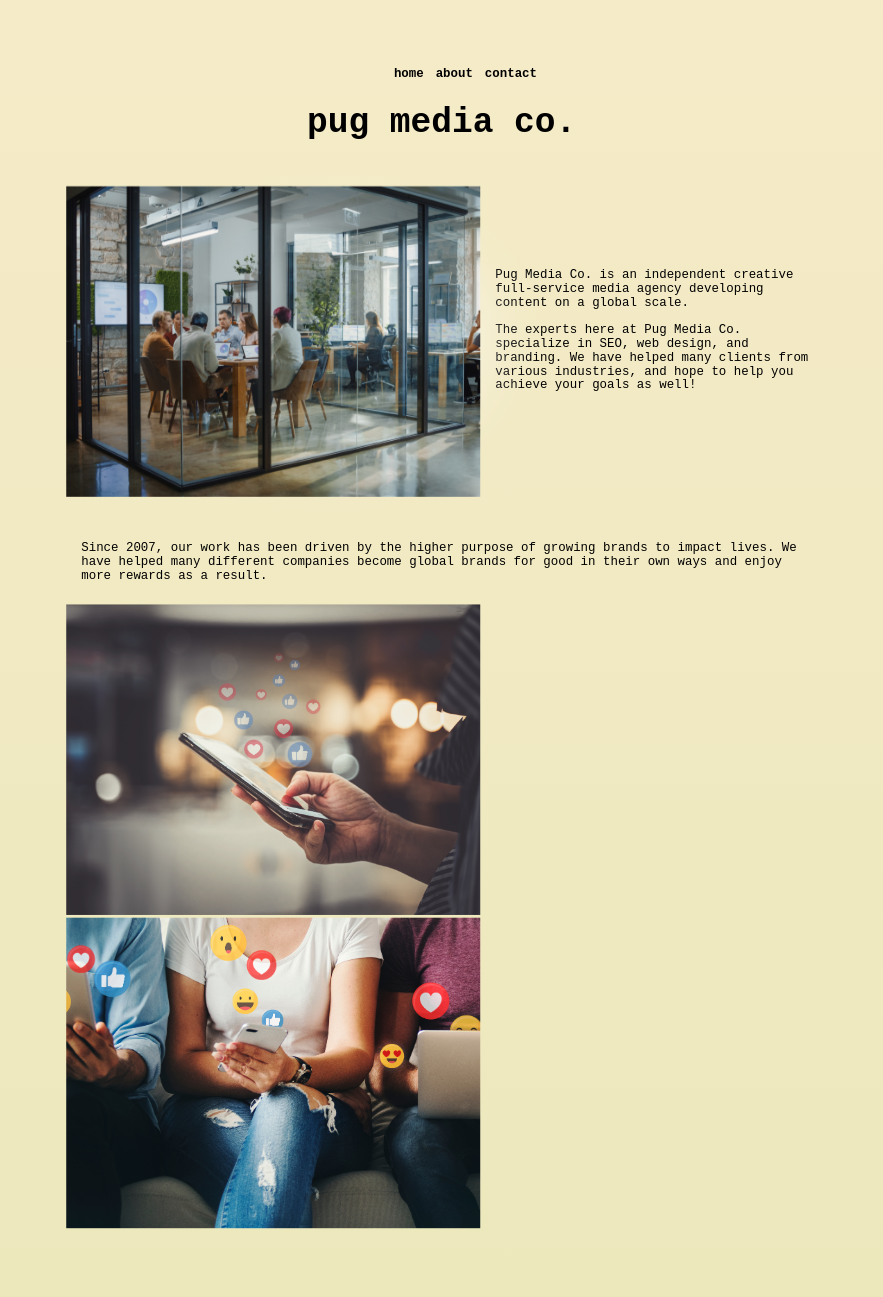
Repository: cheungglenda/MDIA2109-Week3
Page: /
The author's editor kept a copy of each file at every save. The page is drawn from the files as they stood at one save, then again after a run of saves.
The browser window is 1280 px wide. The pictures show the whole page, at 69% of full size.
The project was rebuilt for these pictures with package versions that can differ from the ones it lists, and the page was loaded fresh each time. The framework's server and built-in components were replaced by stand-ins that run in the browser. Also part of the build but not shown: next.config.js.

Above is the page before, as saved 2023-01-20 23:02:43.

### pages/index.js
import Head from 'next/head'
import Image from 'next/image'
import { Inter } from '@next/font/google'
import styles from '@/styles/Home.module.css'
import data from '../data/education.json'
import { useState } from 'react'
import Card from '../components/Card'
import Link from 'next/link'

const inter = Inter({ subsets: ['latin'] })

export default function Home() {

  /** ([...data]) enters the data in the useState and is calling that info. the useState has all the data from the education.json file */
  const [information, setInformation] = useState([...data])
  console.log(data);

  return (
    <>
      <Head>
        <title>Pug Media Co.</title>
        <meta name="description" content="Full-service digital marketing agency" />
        <meta name="viewport" content="width=device-width, initial-scale=1" />
        <link rel="icon" href="/favicon.ico" />
      </Head>
      <main className={styles.main}>
        <div className={styles.buttons}>
      <Link href="/" className={styles.links}>Home</Link>
      <Link href="../about" className={styles.links}>About</Link>
      <Link href="/" className={styles.links}>Contact</Link>
        </div>

        <div className={styles.meetTitle}>Pug Media Co.</div>
        <div className={styles.center}>
          <Image
            className={styles.logo}
            src="/office.jpeg"
            width={600}
            height={450}
          />
          <div className={styles.homeDesc}>
            Pug Media Co. is an independent creative full-service media agency developing content on a global scale. <br></br><br></br>The experts here at Pug Media Co. specialize in SEO, web design, and branding. We have helped many clients from various industries, and hope to help you achieve your goals as well!
          </div>
        </div>
        <div className={styles.bottom}>
        <div className={styles.homeDesc}>
        Since 2007, our work has been driven by the higher purpose of growing brands to impact lives. We have helped many different companies become global brands for good in their own ways and enjoy more rewards as a result.<br></br>
          </div>
        <Image
            className={styles.social}
            src="/media.jpeg"
            width={600}
            height={450}
          />
                <Image
            className={styles.social}
            src="/media2.jpeg"
            width={600}
            height={450}
          />
        </div>
        <div className={styles.profiles}>
            {information && information.map((info, index) => {
              if (info.firstname === "Yi") {
                return (
                  <Card key={index}
                    image={info.image}
                    firstName={info.firstName}
                    degree={info.degree}
                    department={info.department}
                    gpa={info.gpa}
                    graduted={info.graduted}
                    bio={info.bio} />
                )
              }
            })}
          </div>
      </main>
    </>
  )
}

/** .toLowerCase() is input when you don't want to worry about case sensitivity */

### styles/Home.module.css
.main {
  display: flex;
  flex-direction: column;
  justify-content: space-between;
  align-items: center;
  padding: 6rem;
  font-family:arial;
  min-height: 100vh;
  background-image: linear-gradient(rgb(245, 235, 200), rgb(236, 232, 188));

}

.buttons {
  display: flex;
  flex-direction:row;
  justify-content: space-evenly;
  margin-bottom:3%;
}

.links:hover {
  text-decoration:underline;
}

.links {
  font-size: 18px;
  max-width: var(--max-width);
  width: 100%;
  font-weight:900;
  font-family: 'Courier New', Courier, monospace;
  text-transform:lowercase;
  padding-left:10%;
}

.description {
  display: inherit;
  justify-content: inherit;
  align-items: inherit;
  font-size: 15px;
  max-width: var(--max-width);
  width: 100%;
  font-family: var(--font-mono);
}

.social {
  justify-content:inherit;
  object-fit:cover;
  margin-right:2%;
}

.homeDesc {
  font-size: 18px;
  font-family:'Courier New', Courier, monospace;
  margin-left:2%;
  margin-bottom:3%;
}

.description a {
  display: flex;
  justify-content: center;
  align-items: center;
  gap: 0.5rem;
}

.description p {
  position: relative;
  margin: 0;
  padding: 1rem;
  background-color: rgba(var(--callout-rgb), 0.5);
  border: 1px solid rgba(var(--callout-border-rgb), 0.3);
  border-radius: var(--border-radius);
}

.code {
  font-weight: 700;
  font-family: var(--font-mono);
}

.meetTitle {
  font-size: 50px;
  font-weight:700;
  text-transform:lowercase;
  font-family:'Courier New', Courier, monospace;
  text-align:center;
}

.grid {
  display: flex;
  justify-content:center;
  width: var(--max-width);
  max-width: 100%;
  align-items:center;
  flex: 1;
}

.card {
  padding: 1rem 1.2rem;
  border-radius: var(--border-radius);
  background: rgba(var(--card-rgb), 0);
  border: 1px solid rgba(var(--card-border-rgb), 0);
  transition: background 200ms, border 200ms;
}

.card span {
  display: inline-block;
  transition: transform 200ms;
}

.info {
  font-family:'Courier New', Courier, monospace;
}

.card h2 {
  font-weight: 600;
  margin-bottom: 0.7rem;
}

.card p {
  margin: 0;
  opacity: 0.6;
  font-size: 0.9rem;
  line-height: 1.5;
  max-width: 30ch;
}


.employees {
  display:flex;
  gap:20px;
  width: 80%;
  text-align:center;
  font-family:'Courier New', Courier, monospace;
}

.titleDesc {
  font-size:16px;
  margin-bottom:3%;
}

.center {
  display: flex;
  justify-content: center;
  align-items: center;
  position: relative;
  padding: 4rem 0;
}

.center::before {
  background: var(--secondary-glow);
  border-radius: 50%;
  width: 480px;
  height: 360px;
  margin-left: -400px;
}

.center::after {
  background: var(--primary-glow);
  width: 240px;
  height: 180px;
  z-index: -1;
}

.center::before,
.center::after {
  content: '';
  left: 50%;
  position: absolute;
  filter: blur(45px);
  transform: translateZ(0);
}

.logo,
.thirteen {
  position: relative;
  object-fit:cover;
}

.thirteen {
  display: flex;
  justify-content: center;
  align-items: center;
  width: 75px;
  height: 75px;
  padding: 25px 10px;
  margin-left: 16px;
  transform: translateZ(0);
  border-radius: var(--border-radius);
  overflow: hidden;
  box-shadow: 0px 2px 8px -1px #0000001a;
}

.thirteen::before,
.thirteen::after {
  content: '';
  position: absolute;
  z-index: -1;
}

/* Conic Gradient Animation */
.thirteen::before {
  animation: 6s rotate linear infinite;
  width: 200%;
  height: 200%;
  background: var(--tile-border);
}

/* Inner Square */
.thirteen::after {
  inset: 0;
  padding: 1px;
  border-radius: var(--border-radius);
  background: linear-gradient(
    to bottom right,
    rgba(var(--tile-start-rgb), 1),
    rgba(var(--tile-end-rgb), 1)
  );
  background-clip: content-box;
}

/* Enable hover only on non-touch devices */
@media (hover: hover) and (pointer: fine) {
  .card:hover {
    background: rgba(var(--card-rgb), 0.1);
    border: 1px solid rgba(var(--card-border-rgb), 0.15);
  }

  .card:hover span {
    transform: translateX(4px);
  }
}

@media (prefers-reduced-motion) {
  .thirteen::before {
    animation: none;
  }

  .card:hover span {
    transform: none;
  }
}

/* Mobile */
@media (max-width: 700px) {
  .content {
    padding: 4rem;
  }

  .grid {
    grid-template-columns: 1fr;
    margin-bottom: 120px;
    max-width: 320px;
    text-align: center;
  }

  .card {
    padding: 1rem 2.5rem;
  }

  .card h2 {
    margin-bottom: 0.5rem;
  }

  .center {
    padding: 8rem 0 6rem;
  }

  .center::before {
    transform: none;
    height: 300px;
  }

  .description {
    font-size: 0.8rem;
  }

  .description a {
    padding: 1rem;
  }

  .description p,
  .description div {
    display: flex;
    justify-content: center;
    position: fixed;
    width: 100%;
  }

  .description p {
    align-items: center;
    inset: 0 0 auto;
    padding: 2rem 1rem 1.4rem;
    border-radius: 0;
    border: none;
    border-bottom: 1px solid rgba(var(--callout-border-rgb), 0.25);
    background: linear-gradient(
      to bottom,
      rgba(var(--background-start-rgb), 1),
      rgba(var(--callout-rgb), 0.5)
    );
    background-clip: padding-box;
    backdrop-filter: blur(24px);
  }

  .description div {
    align-items: flex-end;
    pointer-events: none;
    inset: auto 0 0;
    padding: 2rem;
    height: 200px;
    background: linear-gradient(
      to bottom,
      transparent 0%,
      rgb(var(--background-end-rgb)) 40%
    );
    z-index: 1;
  }
}

/* Tablet and Smaller Desktop */
@media (min-width: 701px) and (max-width: 1120px) {
  .grid {
    grid-template-columns: repeat(2, 50%);
  }
}

@media (prefers-color-scheme: dark) {

  .main {
    background-image: linear-gradient(rgb(51, 65, 14), rgb(169, 169, 110));
  }

  .vercelLogo {
    filter: invert(1);
  }

  .meetTitle {
    color:white;
  }

  .titleDesc {
    color:white;
  }

  .links {
    color: white;
  }

  .employees {
    color: black;
  }
}

@keyframes rotate {
  from {
    transform: rotate(360deg);
  }
  to {
    transform: rotate(0deg);
  }
}

### data/education.json
[
        {
            "firstName": "Yi",
            "lastName": "Li",
            "department": "Business",
            "degree": "Finance",
            "graduted": 2014
        },
        {
            "firstName": "Jennifer",
            "lastName": "Smith",
            "department": "Business",
            "degree": "Accounting",
            "graduted": 2010
        },
        {
            "studentNumber": "A0007890",
            "firstName": "Person 3",
            "gpa": 3.2,
            "department": "Computing",
            "degree": "Applied Software Development Certificate",
            "graduted": 2018
        },
        {
            "studentNumber": "A0007828",
            "firstName": "Person 4",
            "gpa": 3.9,
            "department": "Computing",
            "degree": "Computer Systems Diploma",
            "graduted": 2021
        },
        {
            "studentNumber": "A0003425",
            "firstName": "Person 5",
            "gpa": 3.2,
            "department": "Computing",
            "degree": "Applied Computer Information Systems Certificate",
            "graduted": 2021
        }
]

### components/Card/index.js
export default function Card({
    firstname = "none",
    lastname = "none",
    department = "none",
    jobtitle = "none",
    yearsworked = 0,
    description = "none",
    contact = "none",
    color = "pink",
    font = "O",
    image = "icon/personTwo.png"
}) {
    return (
        <div style={{backgroundColor: color, fontSize: font}}>
            {
                firstname === "Yi" ? <img src={'icon/person.png'} width="50"/> :
                color === "blue" ? <img src={'icon/personThree.png'} width="50"/> :
                <img src={image} width="50"/>
            }
            {firstname} {lastname}
        </div>
    )
}

Loaded but not shown: pages/_app.js (common file); pages/_document.js (common file); styles/globals.css (common file)

After the next 3 saves:
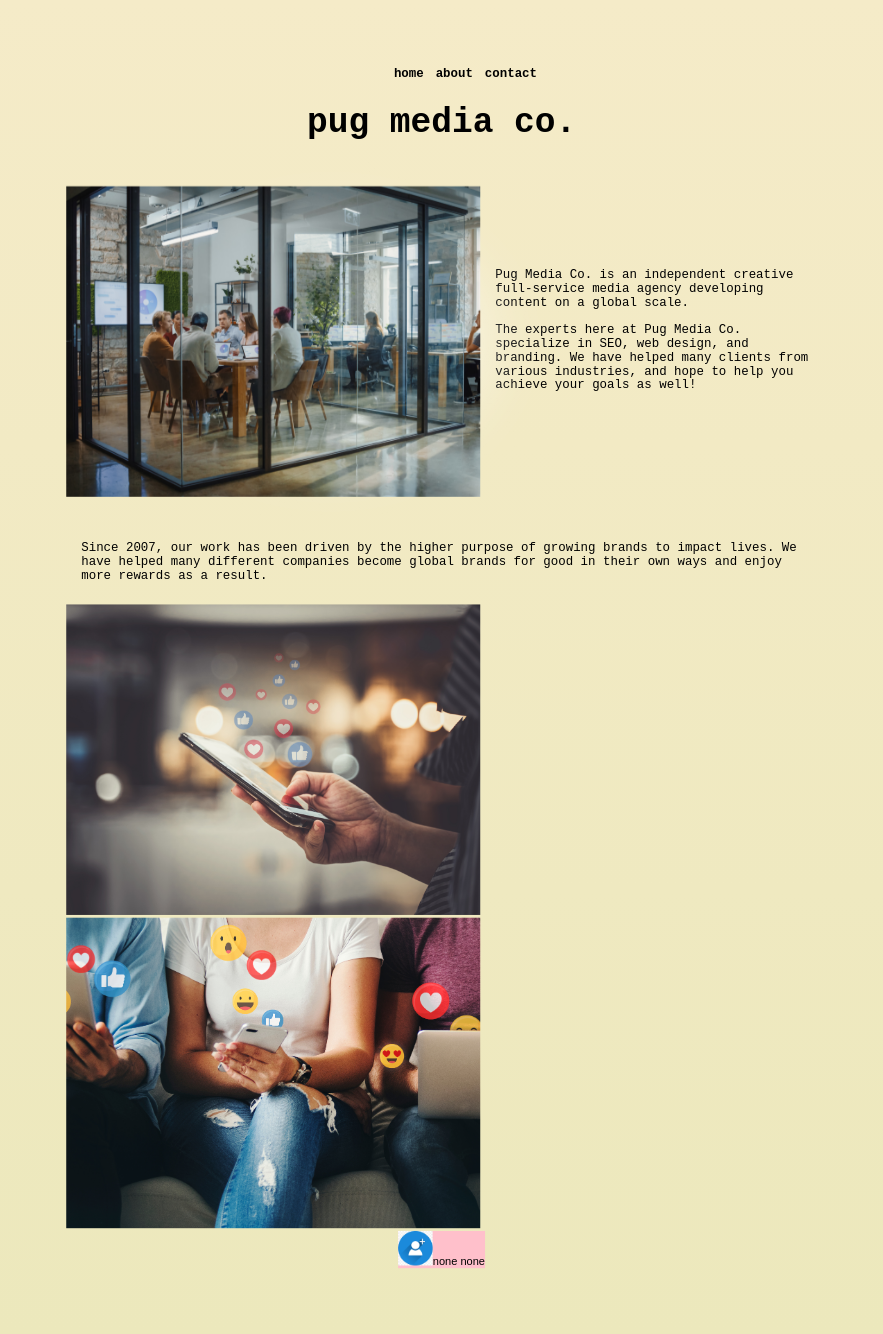
The 3 saves are shown as one change because 1 did not build or start and some came seconds apart.
The last was saved 31 s later.
--- a/pages/index.js
+++ b/pages/index.js
@@ -61,7 +61,7 @@ export default function Home() {
         </div>
         <div className={styles.profiles}>
             {information && information.map((info, index) => {
-              if (info.firstname === "Yi") {
+              if (info.firstName.toLowerCase() === "yi") {
                 return (
                   <Card key={index}
                     image={info.image}
